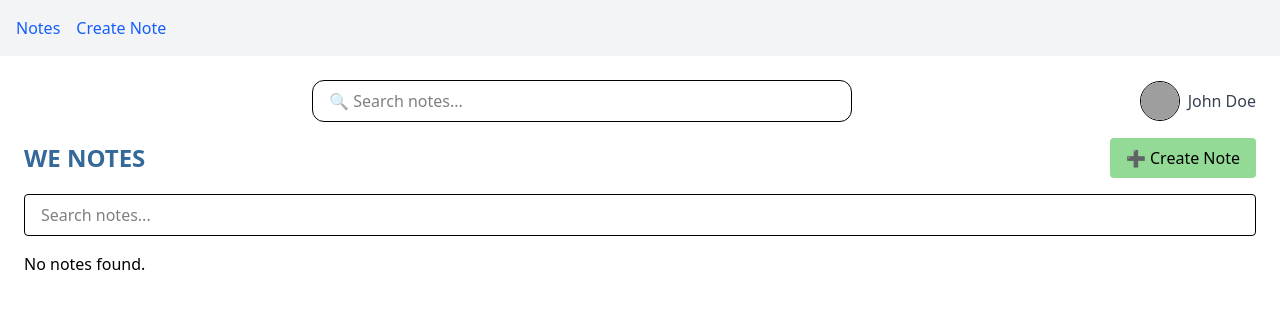
Repository: pin-seavmuy/NoteApplication
Page: / (app in note-vue/)
These files come from the project's save history. The page is drawn as it stood at one moment and after the next save; the edit follows.
The browser window is 1280 px wide. The pictures show the whole page.
Pictures or frames that could not be fetched are drawn as grey boxes. The page's requests for data from a server got no answer. The project was rebuilt for these pictures with package versions that can differ from the ones it lists, and the page was loaded fresh each time. No one was signed in, and anything a server would have sent is missing. Also part of the build but not shown: note-vue/vite.config.ts, note-vue/src/components/NoteWrapper.vue, note-vue/src/views/CreateNote.vue, note-vue/src/views/NoteDetail.vue, note-vue/src/views/UpdateNote.vue.

Above is the page before, as saved 2025-09-16 11:13:17.

### note-vue/src/main.ts
// import { createApp } from 'vue'
// import './style.css'
// import App from './App.vue'

// createApp(App).mount('#app')


import { createApp } from 'vue'
import App from './App.vue'
import router from './router'
import './style.css'

const app = createApp(App)
app.use(router)
app.mount('#app')

### note-vue/src/App.vue
<script setup lang="ts">
  import HelloWorld from './components/HelloWorld.vue'
  import NotesList from '../components/NotesList.vue'
</script>

<!-- <template>
  <div>
    <HelloWorld msg="Vite + Vue" />
    <NotesList />
  </div>
</template> -->

<template>
  <div>
    <nav class="p-4 bg-gray-100 flex space-x-4">
      <router-link to="/" class="text-blue-600 hover:underline">Notes</router-link>
      <router-link to="/create" class="text-blue-600 hover:underline">Create Note</router-link>
    </nav>

    <router-view />
  </div>
</template>

<style scoped>
</style>

### note-vue/src/router/index.ts
import { createRouter, createWebHistory } from 'vue-router'

import NotesList from '../views/NotesList.vue'
import CreateNote from '../views/CreateNote.vue'
import NoteDetail from '../views/NoteDetail.vue'
import UpdateNote from '../views/UpdateNote.vue'

const routes = [
  {
    path: '/',
    name: 'NotesList',
    component: NotesList,
  },
  {
    path: '/create',
    name: 'CreateNote',
    component: CreateNote,
  },
  {
    path: '/notes/:id',
    name: 'NoteDetail',
    component: NoteDetail,
    props: true,
  },
    {
    path: '/notes/:id/edit',
    name: 'UpdateNote',
    component: UpdateNote,
    props: true
    }
]

const router = createRouter({
  history: createWebHistory(),
  routes,
})

export default router

### note-vue/src/views/NotesList.vue
<template>
  <div class="p-6">
    <div class="flex items-center justify-between mb-4 space-x-72">
      <h1 class="text-2xl font-bold"</h1>

      <input
        v-model="search"
        type="text"
        placeholder="🔍 Search notes..."
        class="px-4 py-2 border rounded-xl flex-grow"
      />

      <div class="flex items-center space-x-2 flex-shrink-0">
        <img
          src="https://ui-avatars.com/api/?name=User"
          alt="User Avatar"
          class="w-10 h-10 rounded-full border"
        />
        <span class="text-gray-700 font-medium">John Doe</span>
      </div>
    </div>

    <div class="flex items-center justify-between mb-4">
      <router-link to="/" class="text-2xl font-bold flex-shrink-0 hover:underline" style="color: #34699A;">WE NOTES</router-link>
      <router-link
        to="/create"
        class="text-base px-4 py-2 rounded text-black hover:brightness-90"
        style="background-color: #93DA97;"
      >
        ➕  Create Note
      </router-link>
    </div>



    <input
      v-model="search"
      type="text"
      placeholder="Search notes..."
      class="px-4 py-2 border rounded w-full mb-4"
    />

    <div v-if="loading">Loading...</div>
    <div v-else-if="filteredNotes.length === 0">No notes found.</div>

    <div
      v-else
      class="grid gap-4 grid-cols-1 sm:grid-cols-2 lg:grid-cols-3 xl:grid-cols-4"
    >
      <NoteWrapper
        v-for="note in filteredNotes"
        :key="note.id"
        :note="note"
      />
    </div>
  </div>
</template>

<script setup lang="ts">
import { ref, computed, onMounted } from 'vue'
import api from '../api/axios'
import NoteWrapper from '../components/NoteWrapper.vue'

interface Note {
  id: number
  title: string
  content: string | null
  createdAt: string
  updatedAt?: string | null
}

const notes = ref<Note[]>([])
const loading = ref(false)
const search = ref('')

async function fetchNotes() {
  loading.value = true
  try {
    const res = await api.get('/Notes')
    notes.value = res.data as Note[]
  } catch (error) {
    console.error('Error fetching notes:', error)
  } finally {
    loading.value = false
  }
}

const filteredNotes = computed(() =>
  notes.value.filter(note =>
    note.title.toLowerCase().includes(search.value.toLowerCase())
  )
)

onMounted(fetchNotes)
</script>

### note-vue/src/api/axios.ts
import axios from 'axios'

const api = axios.create({
  baseURL: 'http://localhost:5258/api',
})

export default api;

Loaded but not shown: note-vue/index.html (common file); note-vue/src/style.css (common file)

After the next save:
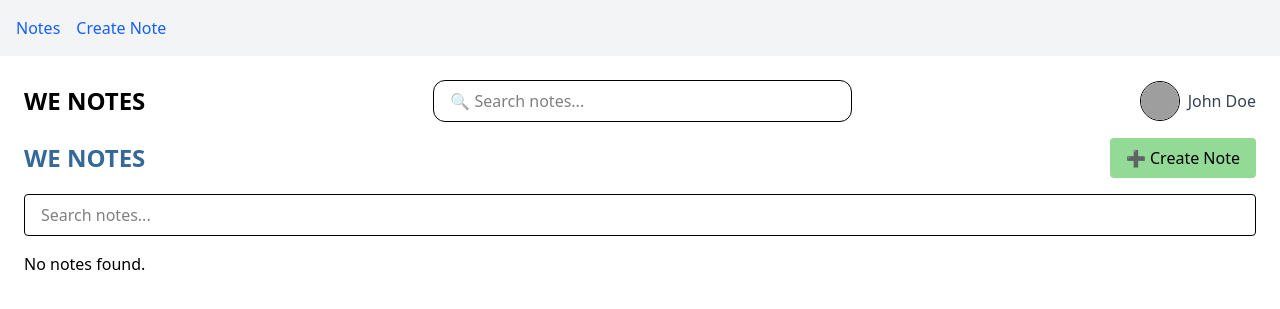
Saved 5 s later.
--- a/note-vue/src/views/NotesList.vue
+++ b/note-vue/src/views/NotesList.vue
@@ -1,7 +1,7 @@
 <template>
   <div class="p-6">
     <div class="flex items-center justify-between mb-4 space-x-72">
-      <h1 class="text-2xl font-bold"</h1>
+      <h1 class="text-2xl font-bold">WE NOTES</h1>
 
       <input
         v-model="search"
